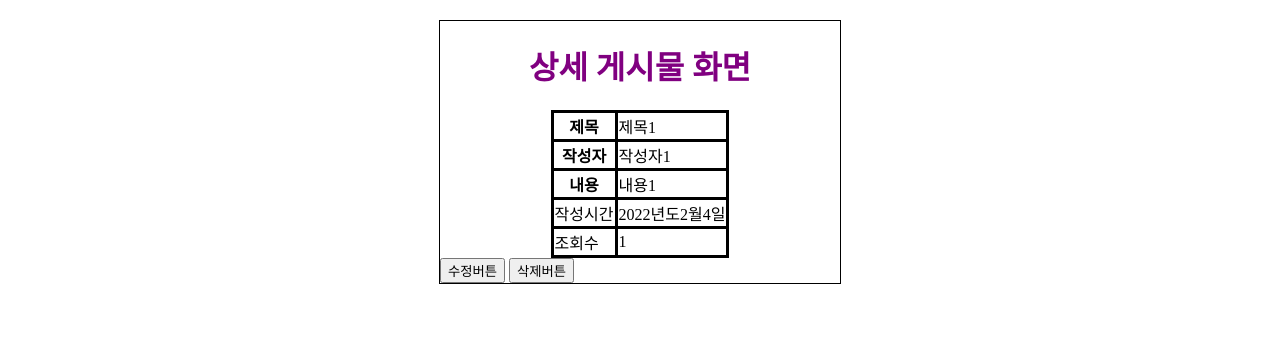
Repository: Kray273/JSLab
Page: css/src/main/webapp/Day97/boardcontents.html
These files come from the project's save history. The page is drawn as it stood at one moment and after the next save; the edit follows.
The browser window is 1280 px wide. The pictures show the whole page.

Above is the page before, as saved 2022-11-25 09:55:46.

After the next save:
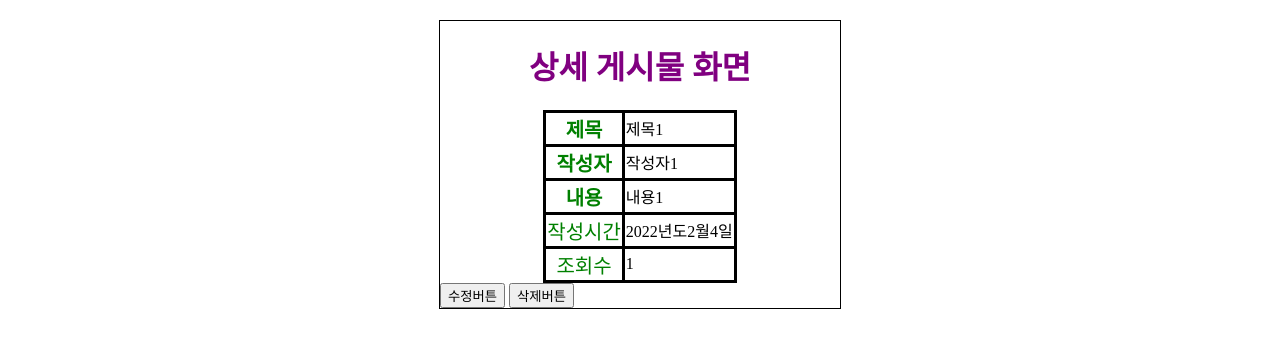
Saved 71 s later.
--- a/css/src/main/webapp/Day97/boardcontents.html
+++ b/css/src/main/webapp/Day97/boardcontents.html
@@ -19,6 +19,12 @@
 		border: 3px solid black;
 		border-collapse: collapse;
 		margin: auto;
+	}
+
+	table #left {
+		color: green;
+		text-align: center;
+		font-size: 20px;
 	}
 
 </style>
